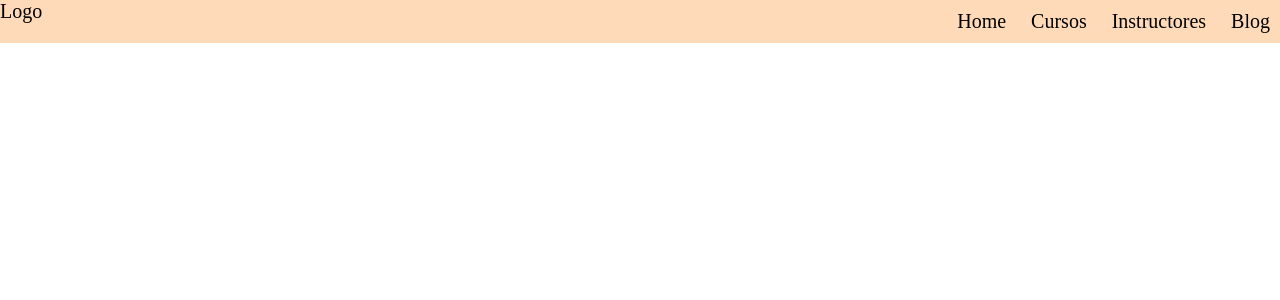
Repository: Daniel009980/daniel0099980
Page: desafiolayout1/index.html
The author's editor kept a copy of each file at every save. The page is drawn from the files as they stood at one save, then again after the next save.
The browser window is 1280 px wide. The pictures show the whole page.

Above is the page before, as saved 2022-09-21 05:45:33.

After the next save:
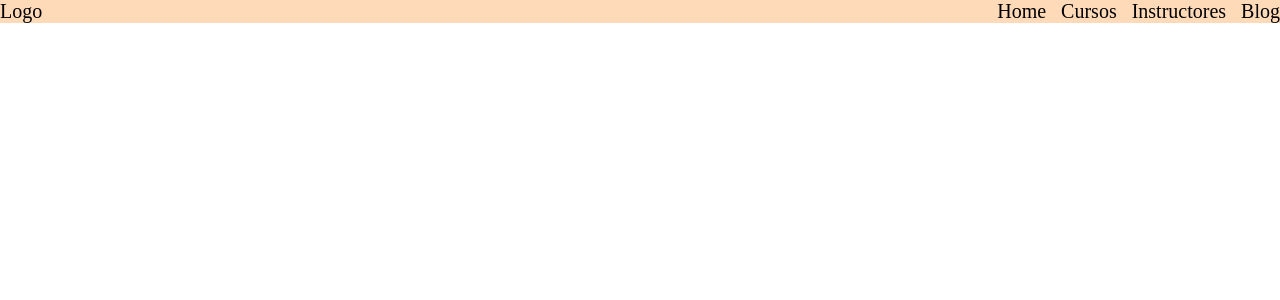
Saved 27 s later.
--- a/desafiolayout1/style.css
+++ b/desafiolayout1/style.css
@@ -6,7 +6,7 @@
 
 .nav li{
     display: inline-block;
-    padding: 10px;
+    padding-left: 10px;
 }
 
 p{
